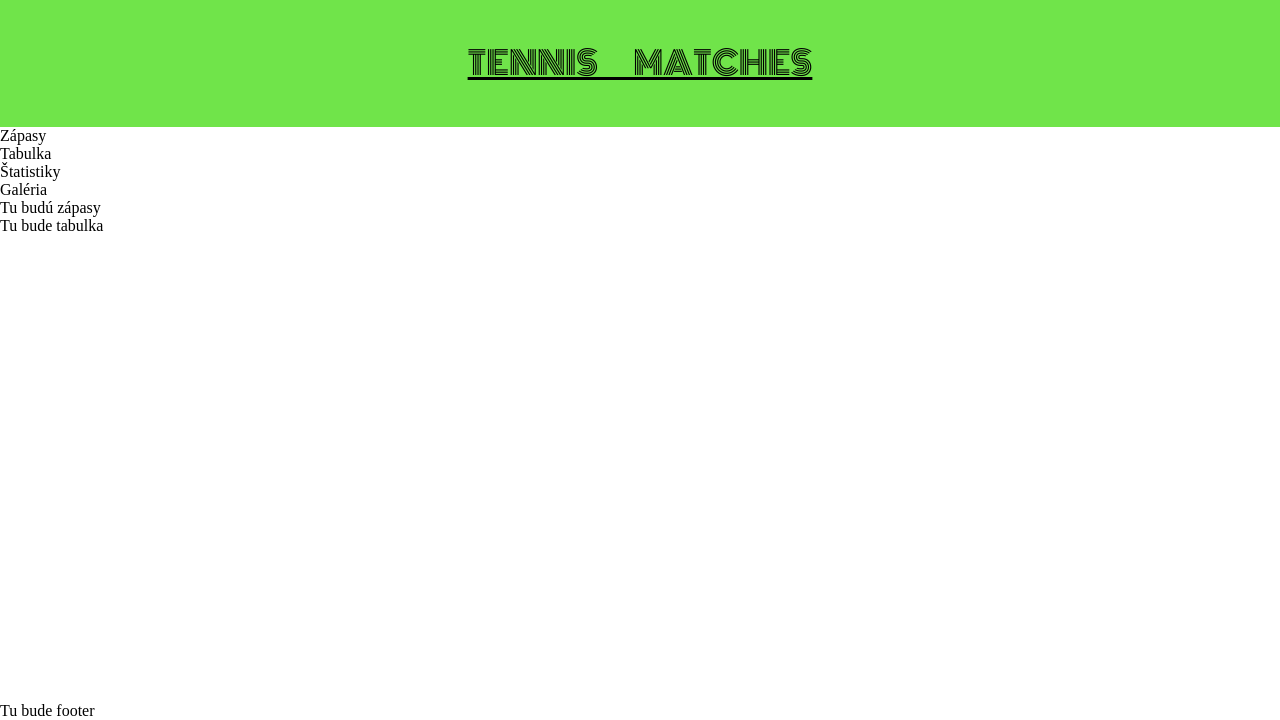
Repository: Badynko/tenis-app
Page: /
An editor plug-in stored every save of this project. The page is shown before and after the next save, followed by the edit.
The browser window is 1280 px wide. The pictures show the whole page.
The project was rebuilt for these pictures with package versions that can differ from the ones it lists, and the page was loaded fresh each time.

Above is the page before, as saved 2024-07-10 15:29:20.

### src/index.css
@import url("https://fonts.googleapis.com/css2?family=Monoton&family=Quicksand:wght@500;700&display=swap");

* {
  margin: 0;
  padding: 0;
  box-sizing: border-box;
}

.app {
  width: 100%;
  height: 100vh;
  display: grid;
  grid-template-rows: auto auto 1fr auto;
}

h1 {
  text-decoration: underline;
  word-spacing: 2rem;
  text-align: center;
  background-color: #70e44a;
  font-family: "Monoton";
  font-size: 2rem;
  text-transform: uppercase;
  font-weight: 400;
  padding: 2.4rem 0;
}

ul {
  display: inline-block;
  list-style-type: none;
  margin: 0;
  padding: 0;
}

### src/App.js
export default function App() {
  return (
    <div className="app">
      <Header />
      <Matches />
      <Table />
      <Stats />
    </div>
  );
}

function Header() {
  return (
    <div className="header">
      <h1>Tennis Matches</h1>
      <nav>
        <ul className="menu">
          <li>Zápasy</li>
          <li>Tabulka</li>
          <li>Štatistiky</li>
          <li>Galéria</li>
        </ul>
      </nav>
    </div>
  );
}

function Matches() {
  return (
    <div>
      <p>Tu budú zápasy</p>
    </div>
  );
}

function Table() {
  return (
    <div>
      <p>Tu bude tabulka</p>
    </div>
  );
}

function Stats() {
  return (
    <footer className="stats">
      <p>Tu bude footer</p>
    </footer>
  );
}

Loaded but not shown: public/index.html (common file); src/index.js (common file)

After the next save:
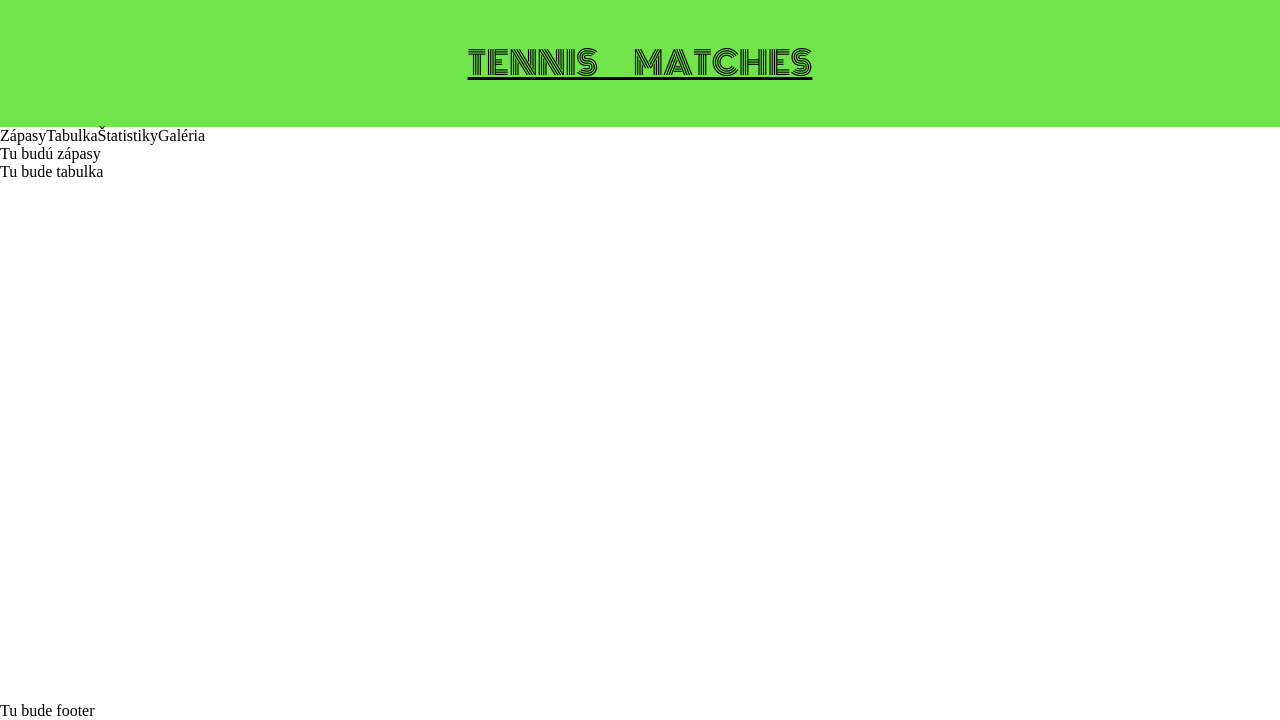
Saved 11 s later.
--- a/src/index.css
+++ b/src/index.css
@@ -25,7 +25,8 @@ h1 {
   padding: 2.4rem 0;
 }
 
-ul {
+ul,
+li {
   display: inline-block;
   list-style-type: none;
   margin: 0;
